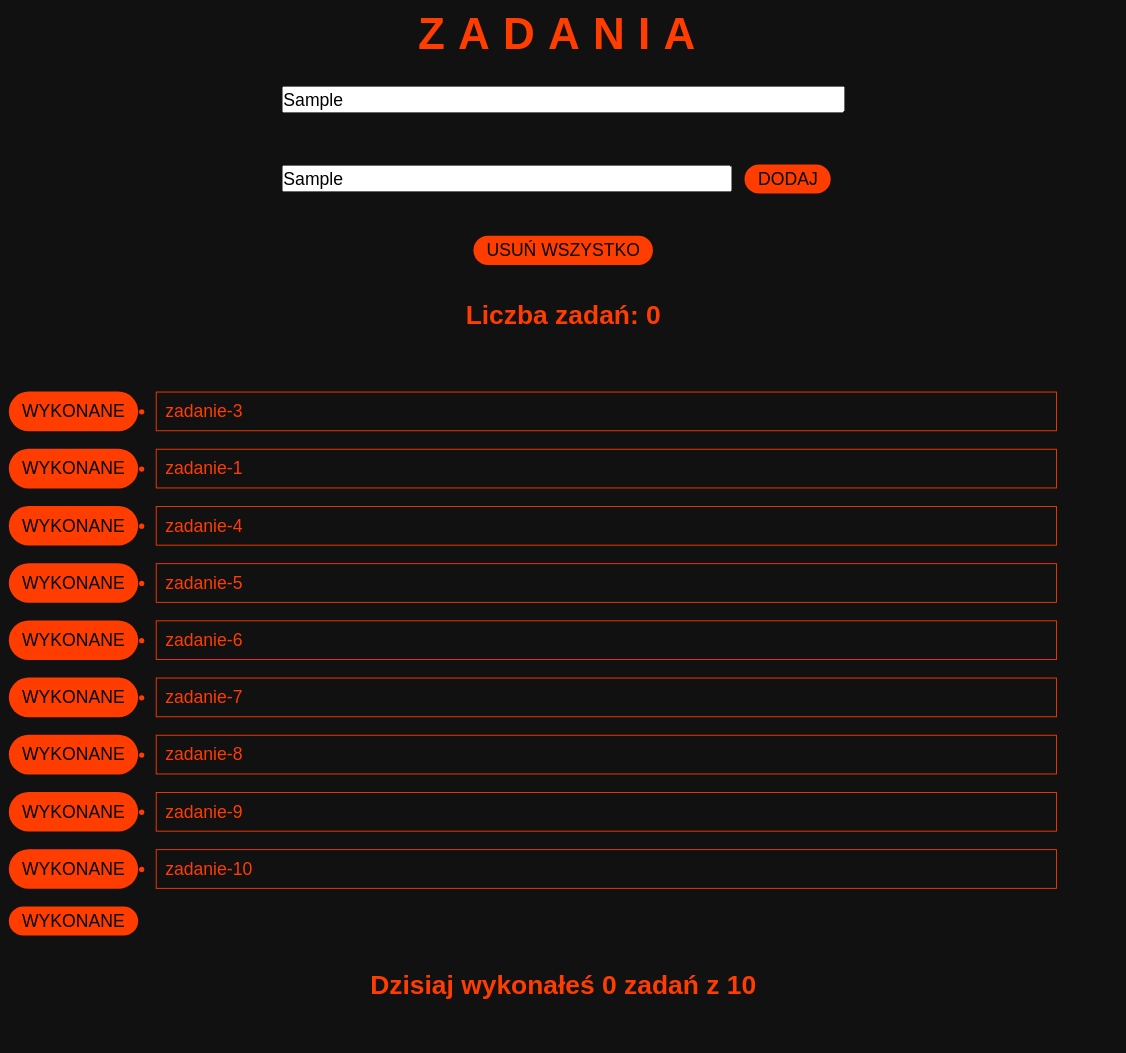
Repository: RobertDsr/To-Do-List
Page: index.html
The author's editor kept a copy of each file at every save. The page is drawn from the files as they stood at one save, then again after a run of saves.
The browser window is 1280 px wide. The pictures show the whole page, at 88% of full size.
Empty fields were first filled with sample values (such as "Sample", 5 or name@example.com).
After loading, the first visible `button.btn--medium` was clicked once.
The style sheet was rebuilt from its Sass, Less or Tailwind sources for each picture, by a compiler version that may differ from the author's.

Above is the page before, as saved 2022-01-06 09:07:29.

### index.html
<!DOCTYPE html>
<html lang="en">

<head>
    <meta charset="UTF-8">
    <meta http-equiv="X-UA-Compatible" content="IE=edge">
    <meta name="viewport" content="width=device-width, initial-scale=1.0">
    <title>To Do List</title>
    <link rel="stylesheet" href="css/style.min.css">
</head>

<body>
    <section class="main-wrapper">
        <h1 class="title">ZADANIA</h1>
        <input class="search" type="text" placeholder="Wpisz szukane słowo">
        <form class="add-task" action="">
            <input class="add-task__input" type="text" placeholder="Wpisz zadanie">
            <button class="btn btn--small">DODAJ</button>
        </form>
        <button class="btn btn--large">USUŃ WSZYSTKO</button>
        <h2 class="title-count-task">Liczba zadań: <span class="count-task">0</span></h2>
            <ul class="list">
                <li data-key="1" class="list__item">zadanie-2</li>
                <button data-key="1" class="btn btn--medium">WYKONANE</button>
                <li data-key="2" class="list__item">zadanie-3</li>
                <button data-key="2" class="btn btn--medium">WYKONANE</button>
                <li data-key="3" class="list__item">zadanie-1</li>
                <button data-key="3" class="btn btn--medium">WYKONANE</button>
                <li data-key="4" class="list__item">zadanie-4</li>
                <button data-key="4" class="btn btn--medium">WYKONANE</button>
                <li data-key="5" class="list__item">zadanie-5</li>
                <button data-key="5" class="btn btn--medium">WYKONANE</button>
                <li data-key="6" class="list__item">zadanie-6</li>
                <button data-key="6" class="btn btn--medium">WYKONANE</button>
                <li data-key="7" class="list__item">zadanie-7</li>
                <button data-key="7" class="btn btn--medium">WYKONANE</button>
                <li data-key="8" class="list__item">zadanie-8</li>
                <button data-key="8" class="btn btn--medium">WYKONANE</button>
                <li data-key="9" class="list__item">zadanie-9</li>
                <button data-key="9" class="btn btn--medium">WYKONANE</button>
                <li data-key="10" class="list__item">zadanie-10</li>
                <button data-key="10" class="btn btn--medium">WYKONANE</button>
            </ul>
        <h2 class="title-count-task">Dzisiaj wykonałeś <span class="count-task">0</span> zadań z <span
                class="count-task">10</span></h2>
    </section>

    <script src="/js/main.js"></script>
</body>

</html>

### js/main.js
const removeTask = (e) => {
    const index = e.target.dataset.key;
    // console.log(index);
    document.querySelector(`li[data-key="${index}"]`).remove();
    document.querySelector(`button[data-key="${index}"]`)
}

document.querySelectorAll('.btn--medium').forEach(btn => btn.addEventListener('click', removeTask));
const li = document.querySelectorAll('.list__item');

### sass/style.scss
@import "variables";
@import "reset";
@import "base";
@import "main";

### sass/_variables.scss
:root {
    --bg-main-color: rgb(17, 17, 17);
    --font-main-color: rgb(255, 61, 0);
    --btn-bg-color: rgb(255, 61, 0);
}

### sass/_base.scss
body {
    background-color: var(--bg-main-color);
    font-family: Arial, Helvetica, sans-serif;
    color: var(--font-main-color);
}

button {
    background-color: var(--btn-bg-color);
    border: none;
    margin: 10px;
    padding: 5px 15px;
    border-radius: 2em;
    font-size: 20px;
    cursor: pointer;
}

### sass/_main.scss
.main-wrapper {
    display: flex;
    flex-direction: column;
}

.title {
    margin: 10px;
    text-align: center;
    font-size: 50px;
    letter-spacing: 0.3em;
}

.search {
    margin: 20px auto;
    min-height: 30px;
    min-width: 50%;
    font-size: 20px;
}

.add-task {
    margin: 20px auto;
    min-width: 50%;
}

.add-task__input {
    margin: 20px auto;
    min-height: 30px;
    min-width: 80%;
    font-size: 20px;
}

.btn--large {
    margin: 10px auto;
}

.title-count-task {
    margin: 30px 30px 60px;
    text-align: center;
    font-size: 30px;
}

.list {
    display: flex;
    flex-wrap: wrap;
}

.list__item {
    flex-basis: 80%;
    font-size: 20px;
    margin: 10px;
    padding: 10px;
    border: 1px solid ;
}

Loaded but not shown: sass/_reset.scss (common file)

After the next 3 saves:
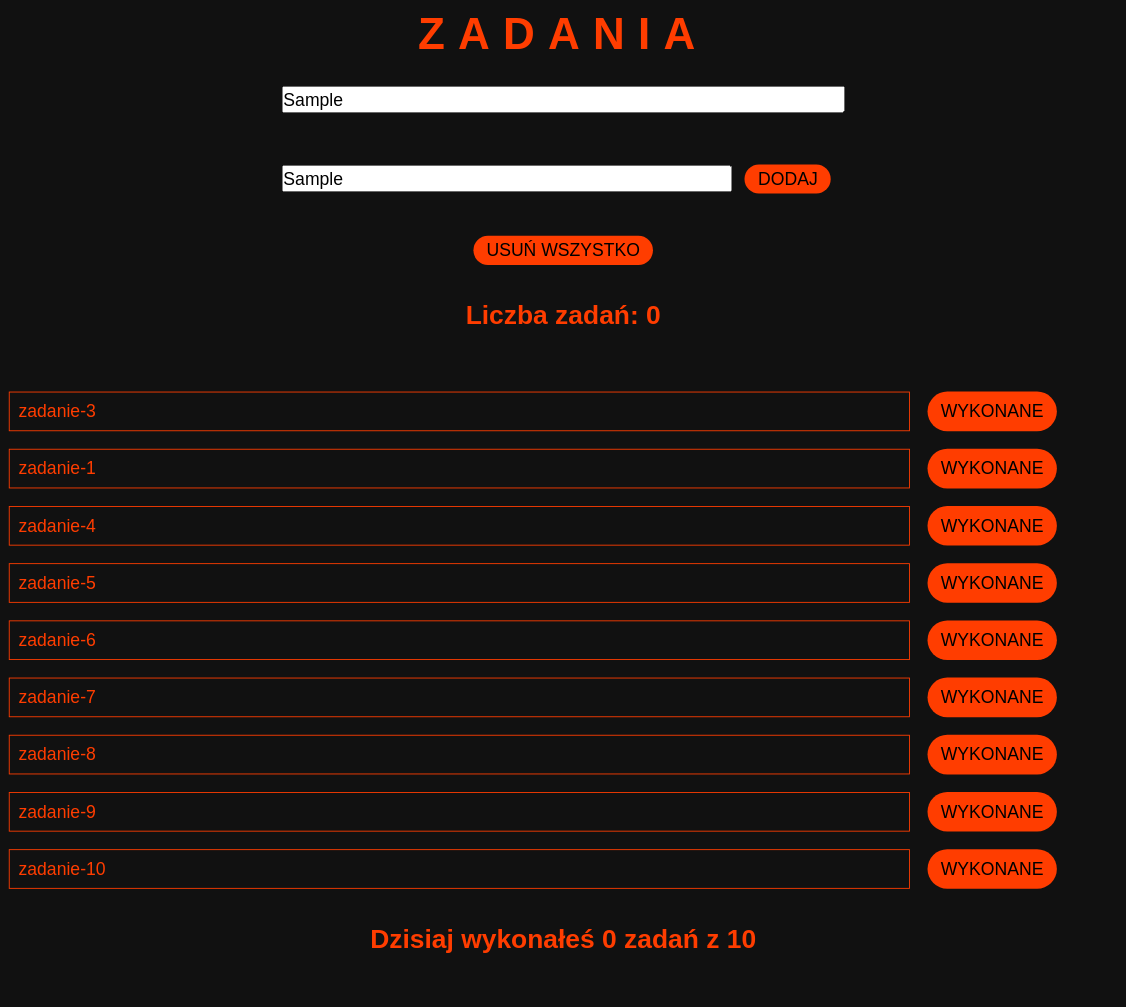
The 3 saves are shown as one change because they came seconds apart.
The last was saved 12 s later.
--- a/js/main.js
+++ b/js/main.js
@@ -2,7 +2,7 @@ const removeTask = (e) => {
     const index = e.target.dataset.key;
     // console.log(index);
     document.querySelector(`li[data-key="${index}"]`).remove();
-    document.querySelector(`button[data-key="${index}"]`)
+    document.querySelector(`button[data-key="${index}"]`).remove();
 }
 
 document.querySelectorAll('.btn--medium').forEach(btn => btn.addEventListener('click', removeTask));
